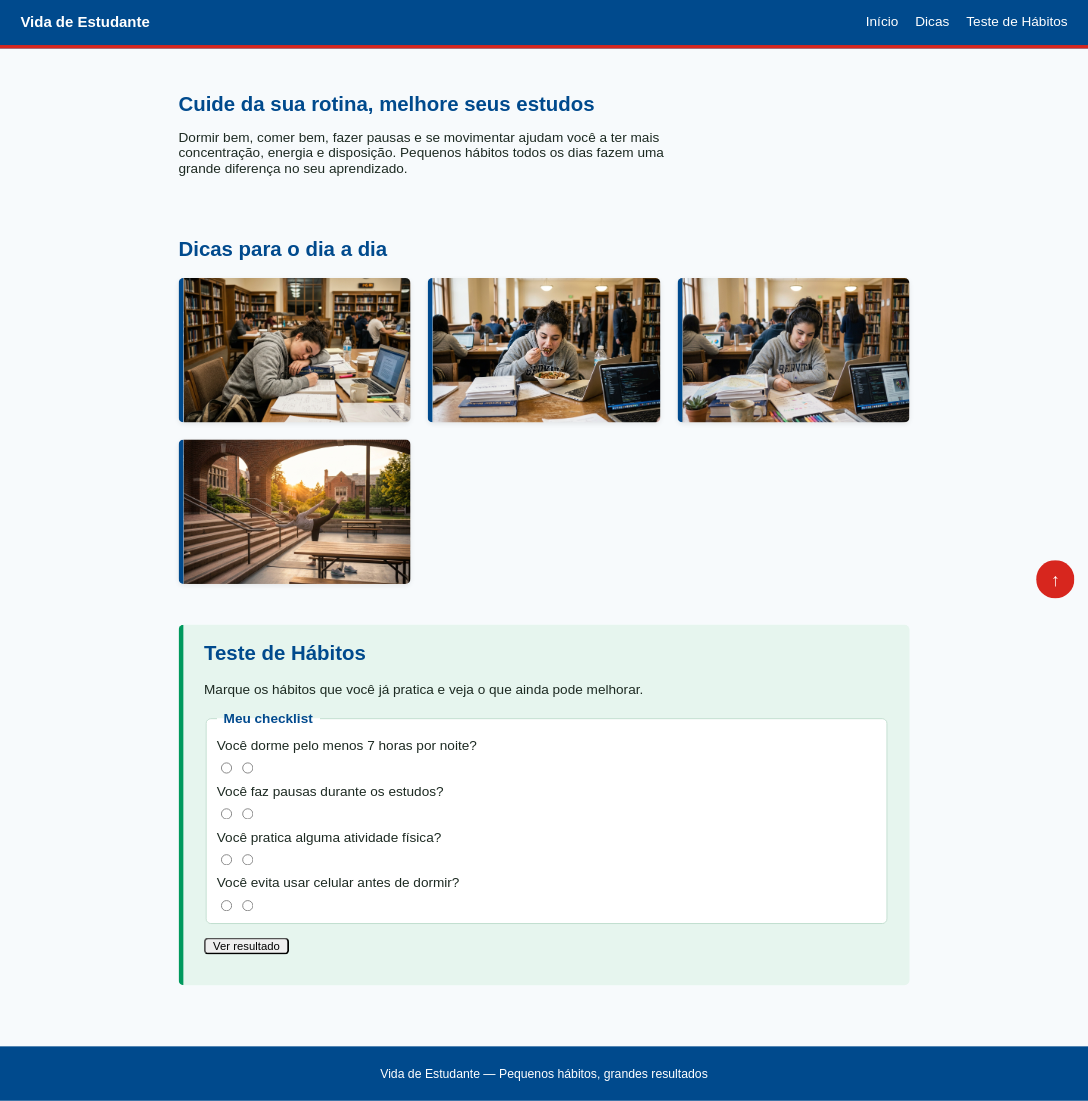
Repository: antonymsantana-design/healf-student
Page: index.html
The author's editor kept a copy of each file at every save. The page is drawn from the files as they stood at one save, then again after a run of saves.
The browser window is 1280 px wide. The pictures show the whole page, at 85% of full size.

Above is the page before, as saved 2026-10-12 22:28:47.

After the next 4 saves:
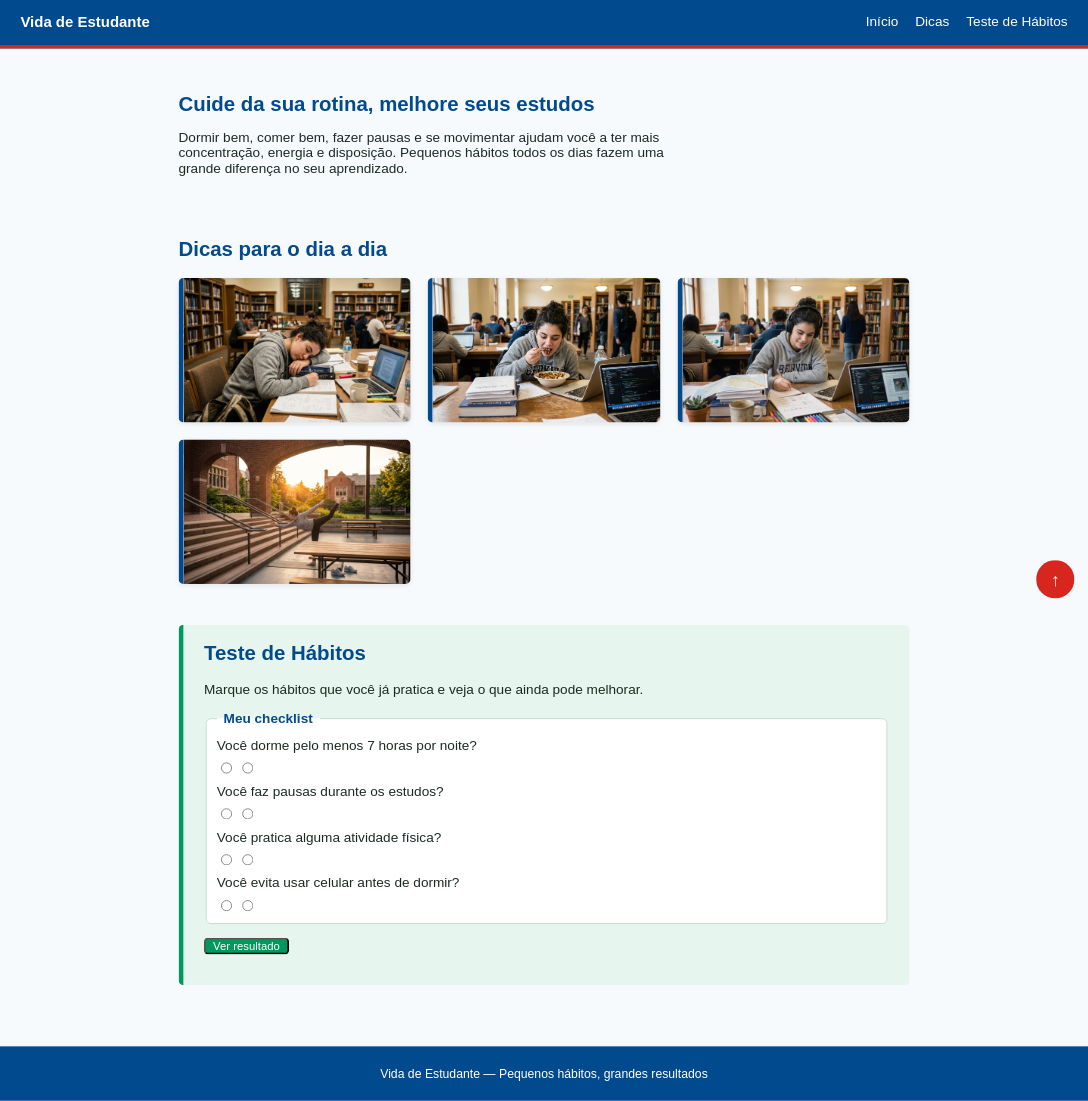
The 4 saves are shown as one change because they came seconds apart.
The last was saved 13 s later.
--- a/style.css
+++ b/style.css
@@ -79,7 +79,8 @@ h2 {
     width: 100px;
     height: 20px;
     border-radius: 5px;
-
+    color: white;
+    background-color: #00995d;
 }
 
 .ilustracao {
